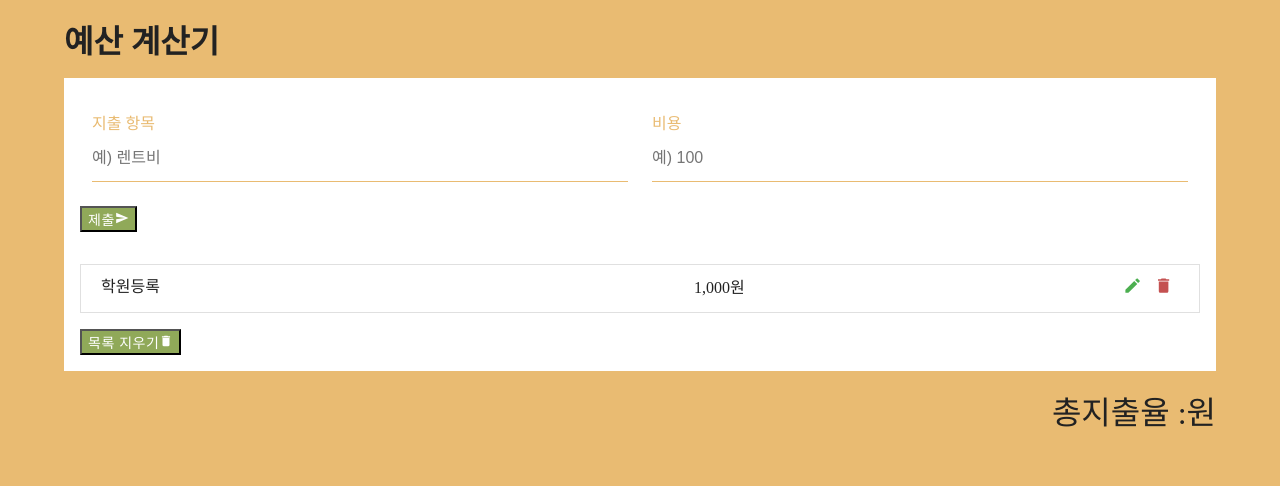
Repository: jongheonleee/budget_calculator
Page: /
An editor plug-in stored every save of this project. The page is shown before and after the next save, followed by the edit.
The browser window is 1280 px wide. The pictures show the whole page.
The project was rebuilt for these pictures with package versions that can differ from the ones it lists, and the page was loaded fresh each time.

Above is the page before, as saved 2025-02-08 12:59:45.

After the next save:
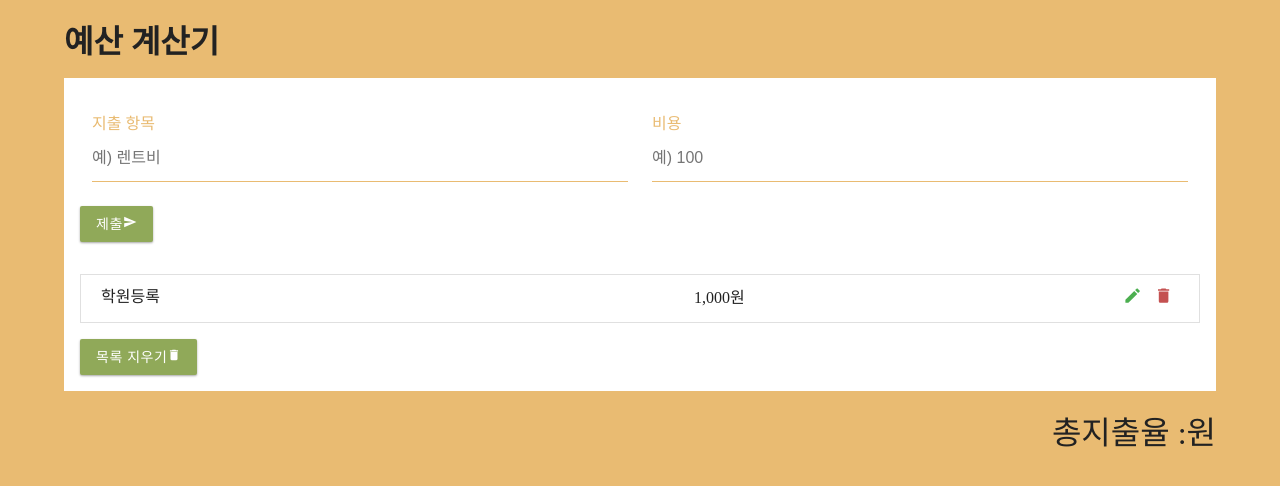
Saved 2 min 55 s later.
--- a/src/index.css
+++ b/src/index.css
@@ -28,4 +28,18 @@ h1 {
   text-align: center;
   letter-spacing: 0.5px;
   font-size: 14px;
+  outline: 0;
+  border : none;
+  border-radius: 2px;
+  display: block;
+  height: 36px;
+  line-height: 36px;
+  padding: 0 16px;
+  cursor : pointer;
+  box-shadow: 0 1px 3px rgba(0, 0, 0, 0.12), 0 1px 2px rgba(0, 0, 0, 0.24);
+
 }
+
+.btn:hover {
+  box-shadow: 0 14px 28px rgba(0, 0, 0, 0.25) 0 10px 10px rgba(0, 0, 0, 0.22);
+}
